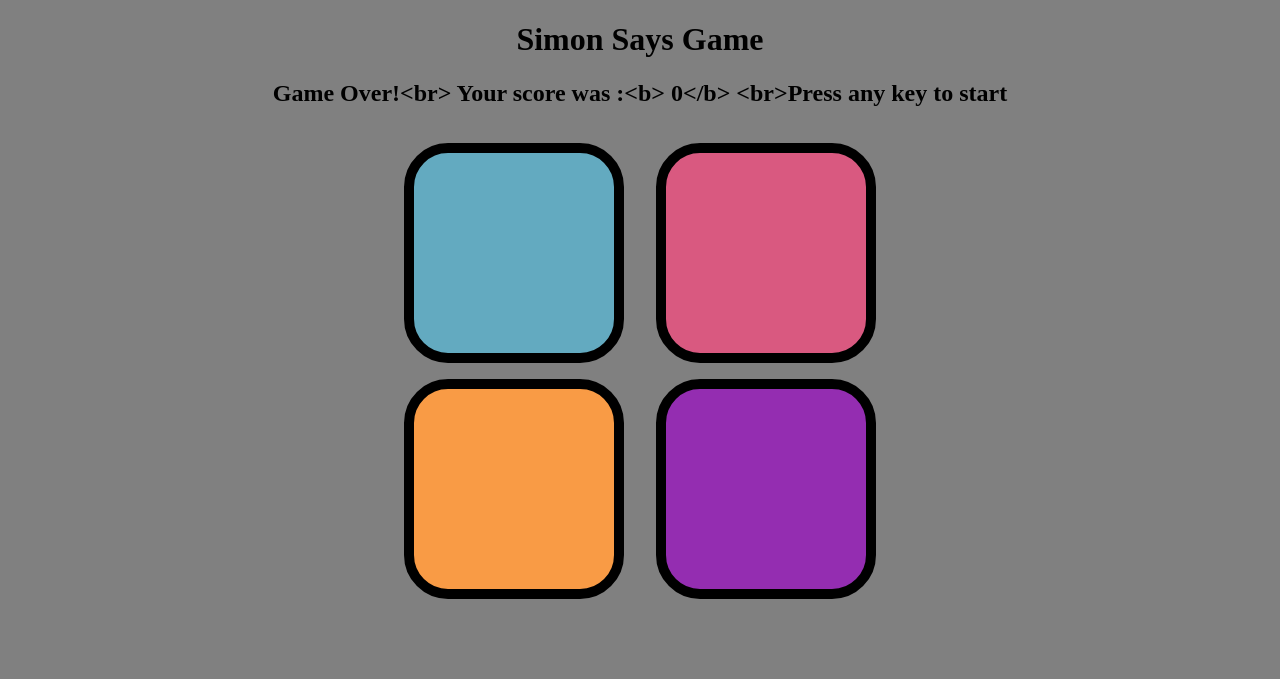
Repository: Ruchii02/javascript-mini-project
Page: index.html
These files come from the project's save history. The page is drawn as it stood at one moment and after the next save; the edit follows.
The browser window is 1280 px wide. The pictures show the whole page.
After loading, the first visible `#green` was clicked once.

Above is the page before, as saved 2024-07-02 11:49:50.

After the next save:
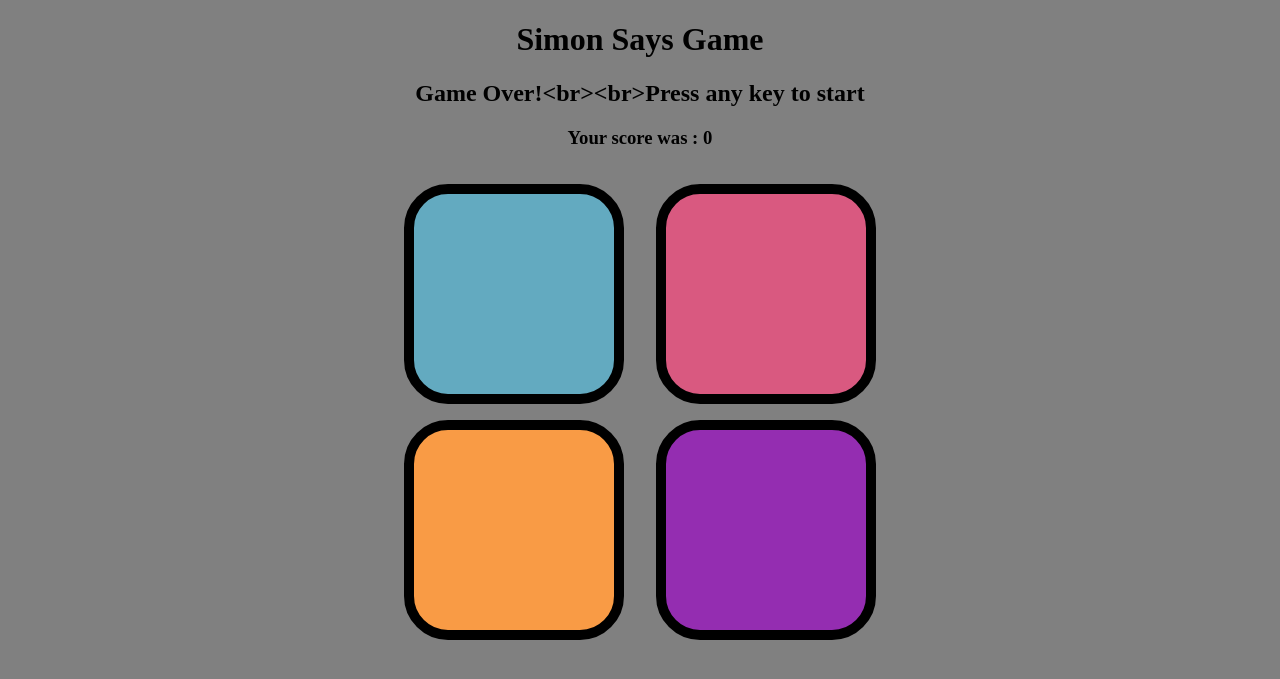
Saved 75 s later.
--- a/app.js
+++ b/app.js
@@ -4,7 +4,7 @@ let userSeq=[];
  let level=0;
 let btns =["yellow","green","red" , "blue"];
 let h2= document.querySelector("h2");
-
+let h3 = document.querySelector("h3");
  document.addEventListener("keypress" , function(){
    if(start==false){
     console.log("game started");
@@ -48,7 +48,8 @@ let h2= document.querySelector("h2");
        setTimeout(levelup,1000);
        }
       }else{
-        h2.innerText   = `Game Over!<br> Your score was :<b> ${level}</b> <br>Press any key to start`;
+        h2.innerText   = `Game Over!<br><br>Press any key to start`;
+        h3.innerHTML = `Your score was :<b> ${level}</b>`;
         document.querySelector("body").style.backgroundColor = "red";
         setTimeout(function(){
           document.querySelector("body").style.backgroundColor = "gray";
